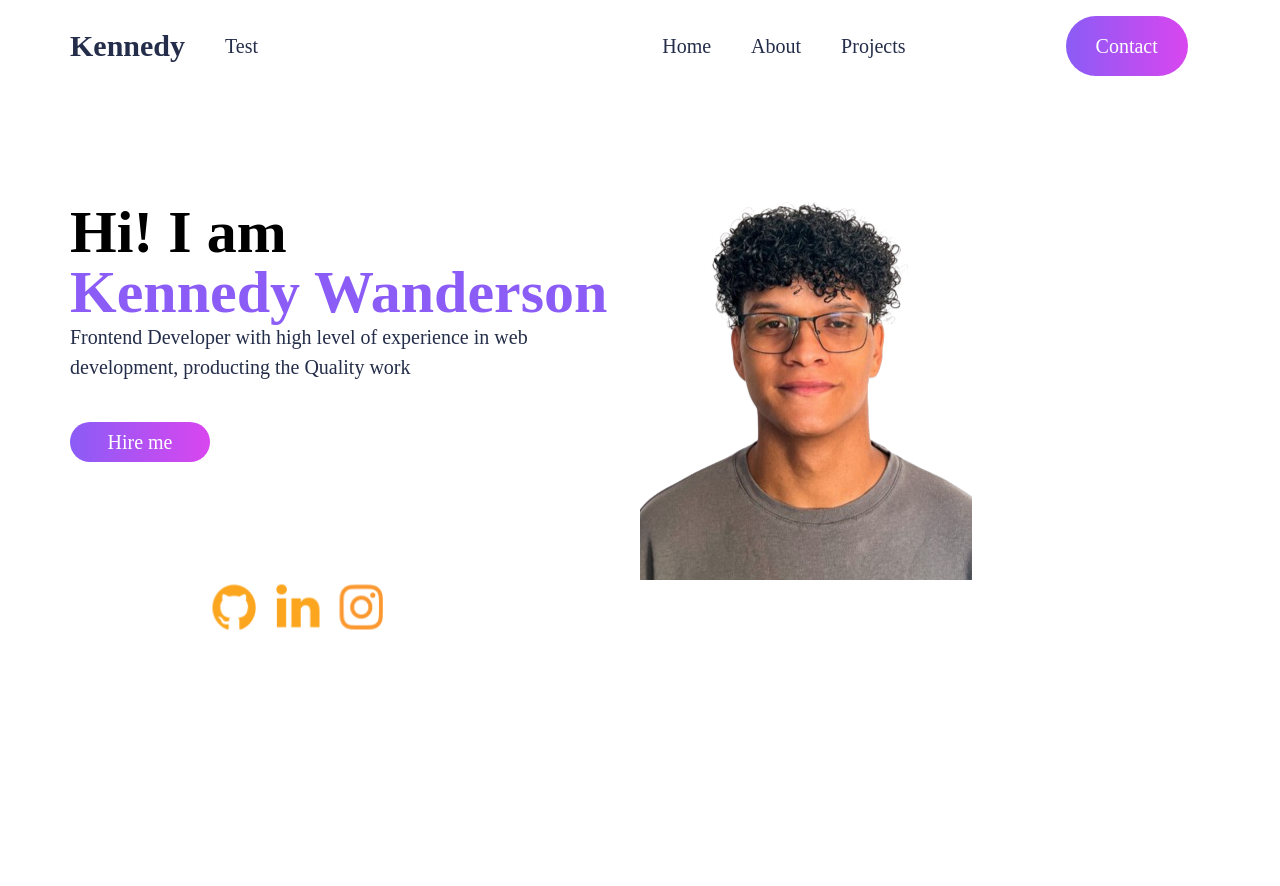
Repository: KennedyWanderson/portfolio
Page: /
An editor plug-in stored every save of this project. The page is shown before and after the next save, followed by the edit.
The browser window is 1280 px wide. The pictures show the whole page.
Some web fonts or font styles are not loaded; a fallback is used. The project was rebuilt for these pictures with package versions that can differ from the ones it lists, and the page was loaded fresh each time.

Above is the page before, as saved 2024-01-17 11:45:57.

After the next save:
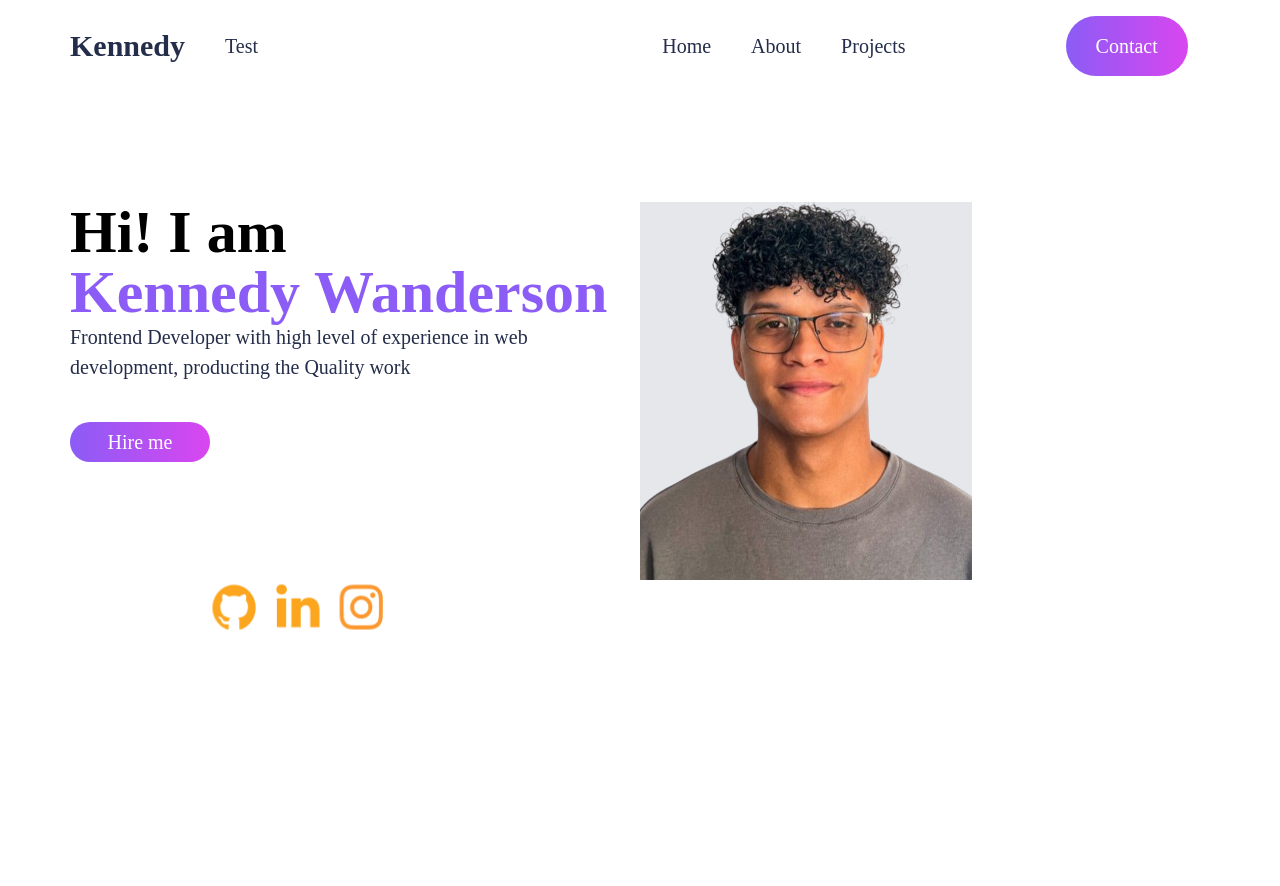
Saved 6 s later.
--- a/src/Components/About/About.jsx
+++ b/src/Components/About/About.jsx
@@ -34,7 +34,7 @@ const About = () => {
             </div>
             <div className="flex-1 relative">
                 <div className="z-[1] absolute ">
-                    <img className="bg-" src={Profile} alt="" />
+                    <img className="bg-gray-200" src={Profile} alt="" />
                 </div>
             </div>
         </div>
